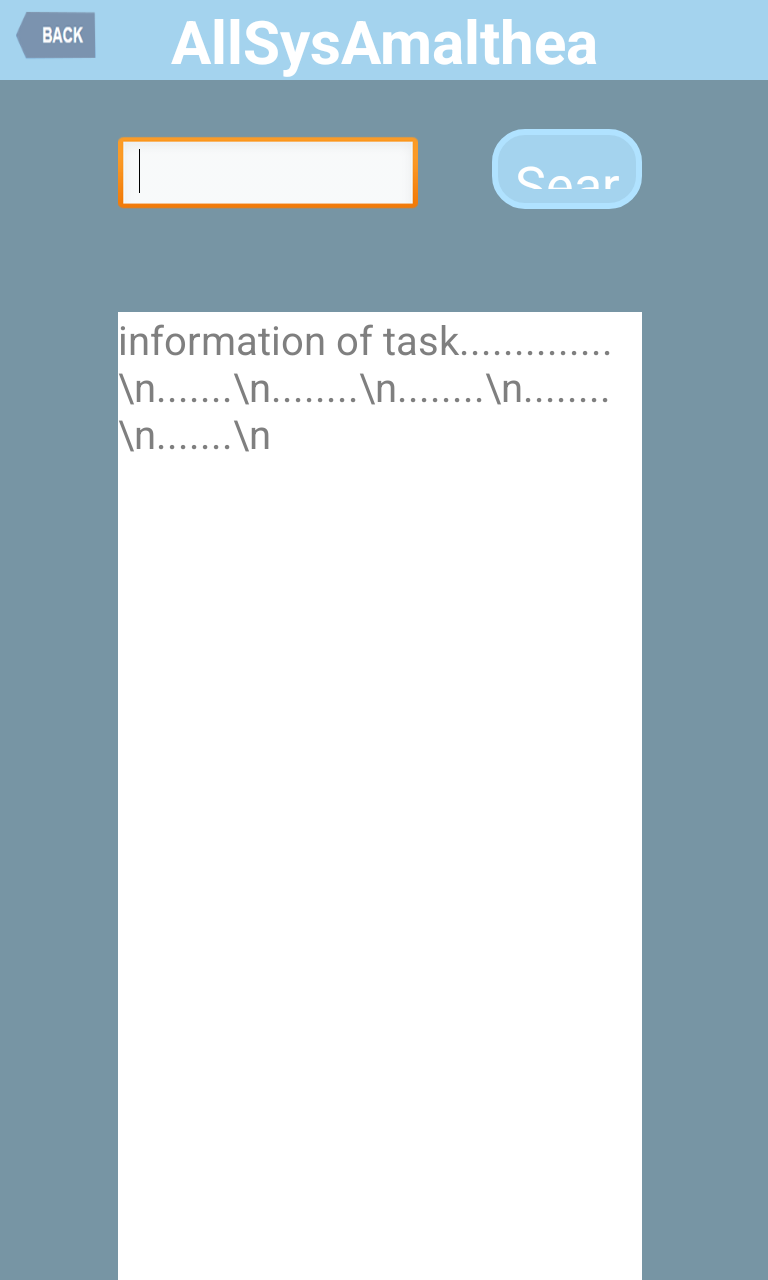
Repository: AllSysAmalthea/AllSys
Layout: APP/AppUI code/代码/Allsys/res/layout/activity_search.xml
An editor plug-in stored every save of this project. The layout is shown before and after the next save, followed by the edit.
It is drawn on a 768 x 1280 px phone screen (xhdpi) without system bars, with theme android:Theme.NoTitleBar; the app's code is not run.

Above is the layout before, as saved 2015-06-08 02:46:15.

After the next save:
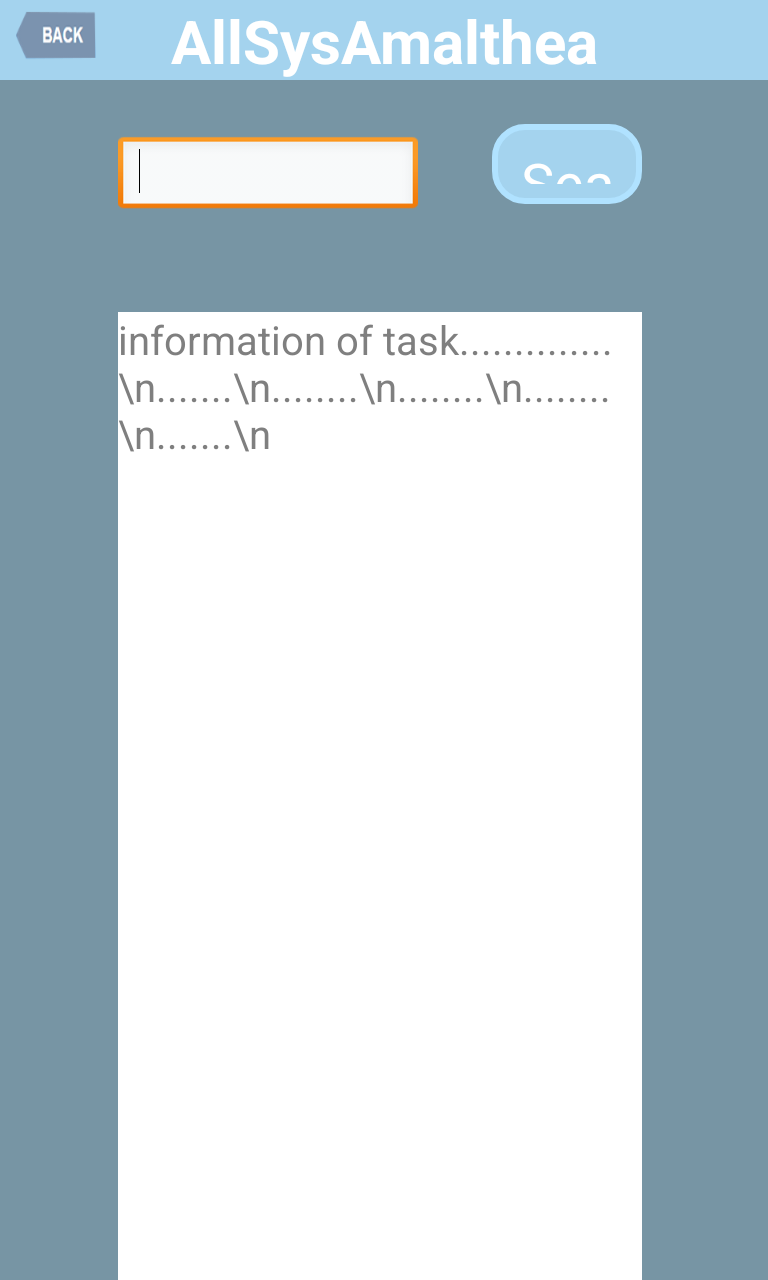
Saved 11 s later.
--- a/APP/AppUI code/代码/Allsys/res/layout/activity_search.xml
+++ b/APP/AppUI code/代码/Allsys/res/layout/activity_search.xml
@@ -85,6 +85,6 @@
         android:background="@drawable/shape3"
         android:text="Search"
         android:textColor="#ffffff"
-        android:textSize="26sp" />
+        android:textSize="28sp" />
 
 </RelativeLayout>
